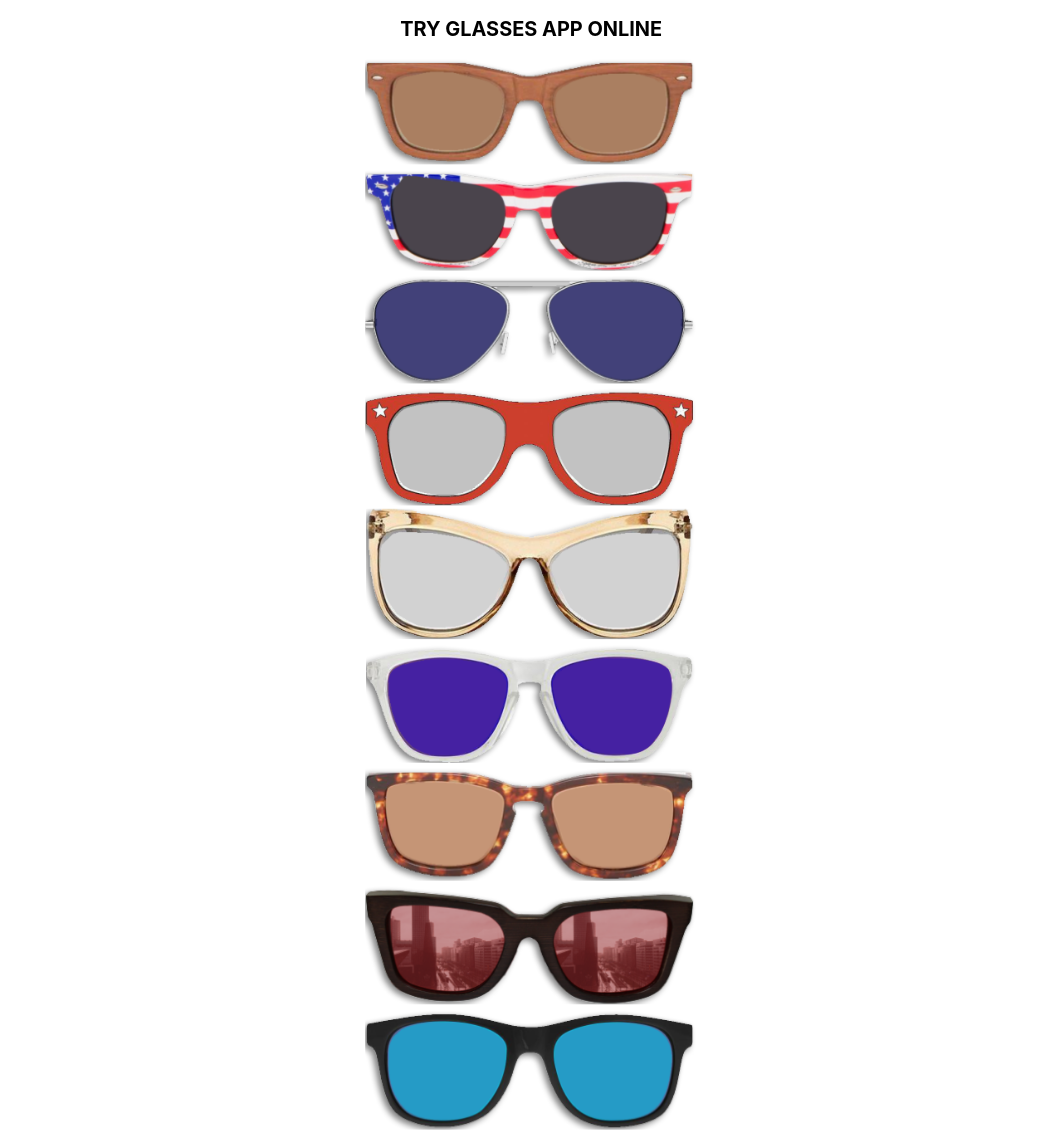
Repository: phongthanhh/ChoseGlass
Page: /
These files come from the project's save history. The page is drawn as it stood at one moment and after the next save; the edit follows.
The browser window is 1280 px wide. The pictures show the whole page, at 83% of full size.
The project was rebuilt for these pictures with package versions that can differ from the ones it lists, and the page was loaded fresh each time.

Above is the page before, as saved 2022-12-25 15:26:55.

After the next save:
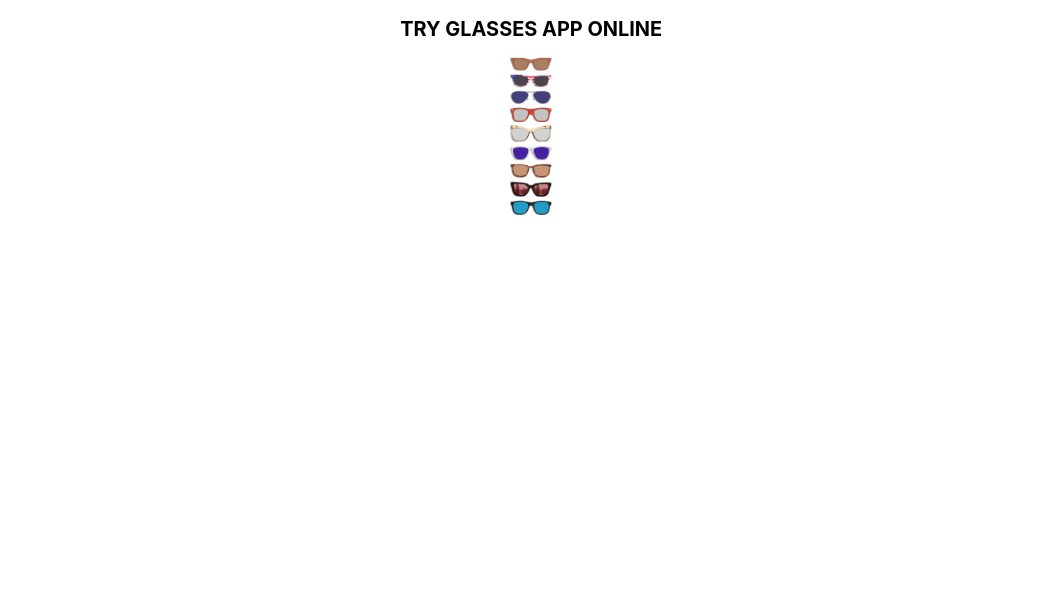
Saved 36 s later.
--- a/src/ChoseGlass/BTGlass.jsx
+++ b/src/ChoseGlass/BTGlass.jsx
@@ -72,7 +72,7 @@
         return this.listGlass.map(glass => {
             return (
                 <div className="col-2">
-                    <img src={glass.url} alt="" />
+                    <img style={{ width: '50px' }} src={glass.url} alt="" />
                 </div>
             )
         })
